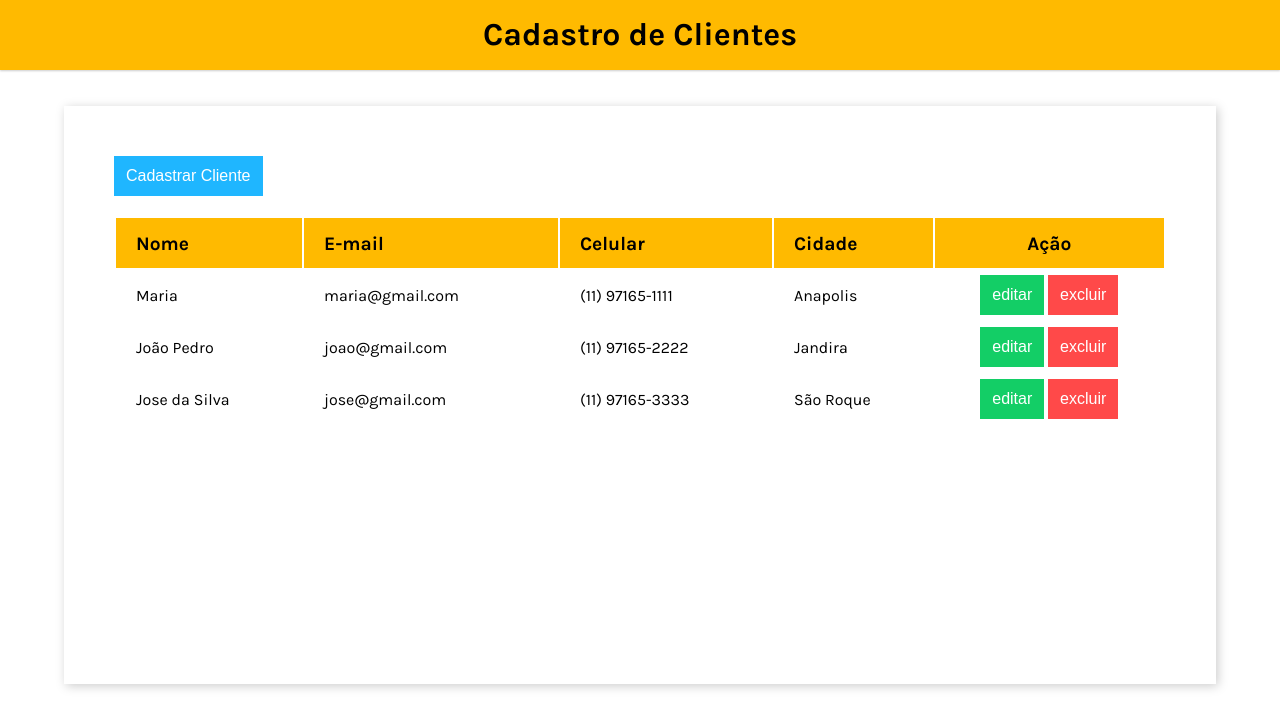
Repository: ViniciusCMS/CRUD_Estudos
Page: index.html
An editor plug-in stored every save of this project. The page is shown before and after the next save, followed by the edit.
The browser window is 1280 px wide. The pictures show the whole page.

Above is the page before, as saved 2022-01-07 13:13:49.

After the next save:
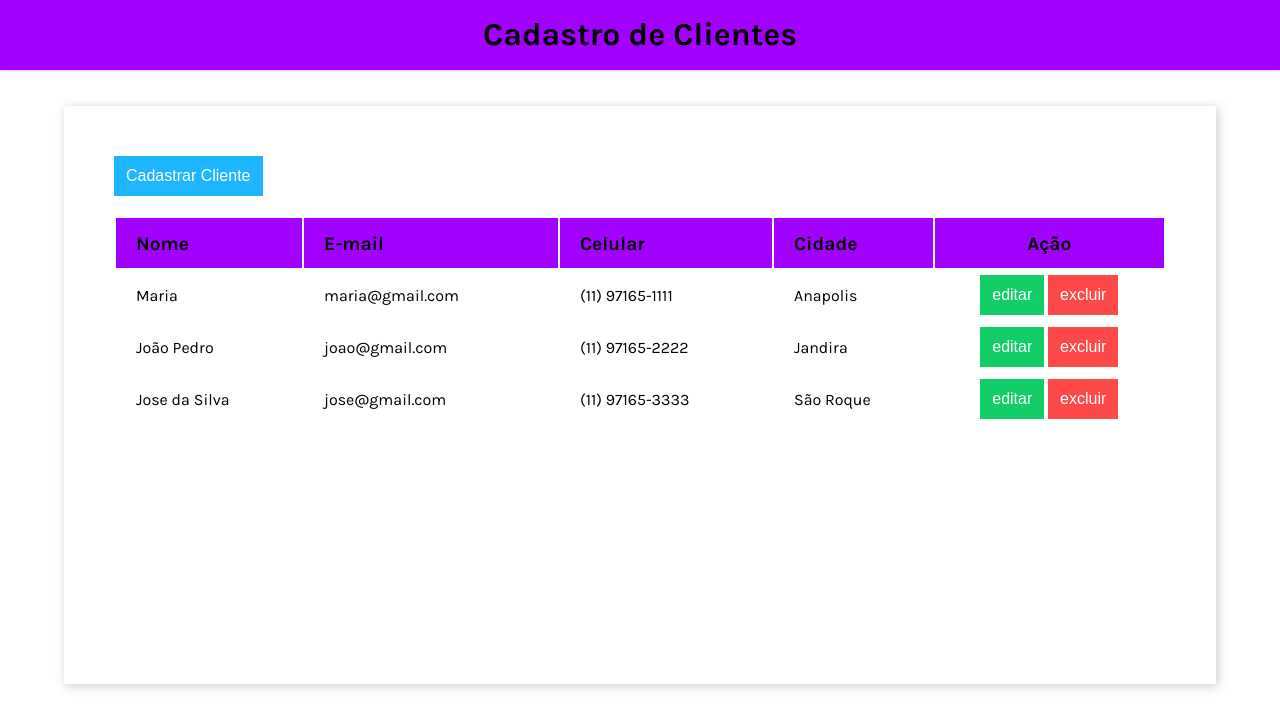
Saved 56 s later.
--- a/css/main.css
+++ b/css/main.css
@@ -5,8 +5,8 @@
 }
 
 :root{
-    --primary-color: #FFBA00;
-    --secundary-color: #FFF1CC;
+    --primary-color: #a200ff;
+    --secundary-color: #ffccf7;
     --shadow-color: #CCC;
     --text-color: #FFF;
 }
